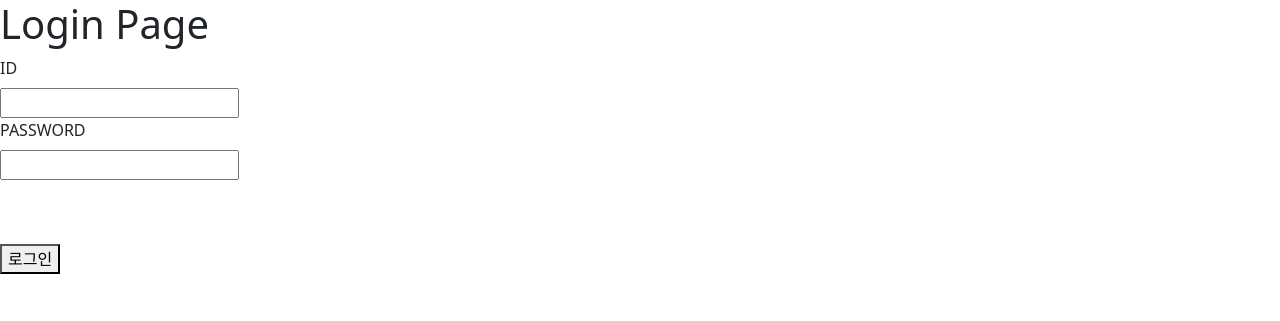
Repository: doridori890130/JSP
Page: http://localhost/jsp_project/mem/login
An editor plug-in stored every save of this project. The page is shown before and after the next save, followed by the edit.
The browser window is 1280 px wide. The pictures show the whole page.
The page is served by Tomcat 9. Other server files are loaded and not shown.

Above is the page before, as saved 2023-06-01 03:53:55.

### jsp_project4/jsp_project/src/main/webapp/member/login.jsp
<%@ page language="java" contentType="text/html; charset=UTF-8"
    pageEncoding="UTF-8"%>
<!DOCTYPE html>
<html>
<head>
<meta charset="UTF-8">
<!-- CSS only -->
<link href="https://cdn.jsdelivr.net/npm/bootstrap@5.2.2/dist/css/bootstrap.min.css" rel="stylesheet" integrity="sha384-Zenh87qX5JnK2Jl0vWa8Ck2rdkQ2Bzep5IDxbcnCeuOxjzrPF/et3URy9Bv1WTRi" crossorigin="anonymous">

<title>Insert title here</title>
</head>
<body>
	<h1>Login Page</h1>
	<form action="/mem/login_auth" method="post" >
	<div class="mb-3">
  <label for="exampleFormControlInput1" class="form-label">ID</label> <br>
		 <input type="text" name="id" > <br>
  <label for="exampleFormControlInput1" class="form-label">PASSWORD</label> <br>
		 <input type="password" name="password" > <br>
  </div>
<br> <br>
		<button type="submit" >로그인</button>
	</form>
</body>
</html>

### jsp_project4/jsp_project/src/main/java/Controller/MemberController.java
package Controller;

import java.io.IOException;
import java.util.List;

import javax.servlet.RequestDispatcher;
import javax.servlet.ServletException;
import javax.servlet.annotation.WebServlet;
import javax.servlet.http.HttpServlet;
import javax.servlet.http.HttpServletRequest;
import javax.servlet.http.HttpServletResponse;
import javax.servlet.http.HttpSession;

import org.slf4j.Logger;
import org.slf4j.LoggerFactory;

import domain.MemberVO;
import service.MemberService;
import service.MemberServiceImpl;

/**
 * Servlet implementation class MemberController
 */
@WebServlet("/mem/*")
public class MemberController extends HttpServlet {
	private static final long serialVersionUID = 1L;
	private static Logger log = LoggerFactory.getLogger(MemberController.class);
	private RequestDispatcher rdp; // 웹의 목적지 주소로 객체를 전달해주는 객체
    private String destpage;
    private int isOk;
    private MemberService msv;

    public MemberController() {
        msv = new MemberServiceImpl();
    }


	protected void service(HttpServletRequest request, HttpServletResponse response) throws ServletException, IOException {
		//characterENcoding 설정
		request.setCharacterEncoding("utf-8");
		response.setCharacterEncoding("utf-8");
		response.setContentType("text/html; charset=utf-8");

		String uri = request.getRequestURI();
		log.info(">>> uri : "+uri);
		String path = uri.substring(uri.lastIndexOf("/")+1);
		log.info(">>> path : "+path);

		switch(path) {
		case "join":
			destpage="/member/join.jsp";
			break;
		case "register":
			try {
				String id = request.getParameter("id");
				String password = request.getParameter("password");
				String email = request.getParameter("email");
				int age = Integer.parseInt(request.getParameter("age"));
				MemberVO mvo = new MemberVO(id,password,email,age);
				isOk = msv.register(mvo);
			} catch (Exception e) {
				e.printStackTrace();
			}
			break;
		case "login":
			destpage="/member/login.jsp";
			break;
		case "login_auth":
			try {
				String id = request.getParameter("id");
				String password = request.getParameter("password");
				MemberVO mvo= new MemberVO(id,password);
				MemberVO loginMvo = msv.login(mvo);
				if(loginMvo != null) {
					HttpSession ses = request.getSession();
					ses.setAttribute("ses", loginMvo);
					ses.setMaxInactiveInterval(10*60);
				}else {
					request.setAttribute("msg_login", 0);
				}
				destpage="/";
			} catch (Exception e) {
				e.printStackTrace();
			}
			break;
		case "logout":
			try {
				HttpSession ses = request.getSession();
				MemberVO mvo = (MemberVO )ses.getAttribute("ses");
				String id = mvo.getId();
				isOk = msv.lastlogin(id);
				ses.invalidate();

			} catch (Exception e) {
				e.printStackTrace();
			}
			destpage="/";
			break;
		case "modify":
			destpage="/member/modify.jsp";
			break;
		case "edit" :
			try {
				MemberVO mvo = new MemberVO(
						request.getParameter("id"),
						request.getParameter("password"),
						request.getParameter("email"),
						Integer.parseInt(request.getParameter("age")),
						request.getParameter("reg_date"),
						request.getParameter("last_login"));
				isOk=msv.modify(mvo);
				if(isOk>0) {
					request.setAttribute("mvo", mvo);
					HttpSession ses = request.getSession();
					ses.setAttribute("ses", mvo);
				}
				destpage="/";
			} catch (Exception e) {
				e.printStackTrace();
			}
			break;
		case "list" :
			try {
				List<MemberVO> list = msv.getList();
				request.setAttribute("list", list);
				destpage="/member/list.jsp";
			} catch (Exception e) {
				e.printStackTrace();
			}
			break;
		case "remove":
			try {
				HttpSession ses = request.getSession();
				MemberVO reMvo = (MemberVO)ses.getAttribute("ses");
				String delId= reMvo.getId();
				isOk = msv.remove(delId);
				ses.invalidate();
				destpage="/";
			} catch (Exception e) {
				e.printStackTrace();
			}
			break;
		}


		rdp = request.getRequestDispatcher(destpage);
		rdp.forward(request, response);
	}


	protected void doGet(HttpServletRequest request, HttpServletResponse response) throws ServletException, IOException {
		service(request,response);
	}


	protected void doPost(HttpServletRequest request, HttpServletResponse response) throws ServletException, IOException {
		service(request,response);
	}

}

### jsp_project4/jsp_project/src/main/java/service/MemberServiceImpl.java
package service;

import java.util.List;

import org.slf4j.Logger;
import org.slf4j.LoggerFactory;

import domain.MemberVO;
import repository.MemberDAO;
import repository.MemberDAOImpl;

public class MemberServiceImpl implements MemberService {
	private static Logger log = LoggerFactory.getLogger(MemberServiceImpl.class);
	private MemberDAO mdao;

	public MemberServiceImpl() {
		mdao= new MemberDAOImpl();
	}

	@Override
	public int register(MemberVO mvo) {
		log.info(">>register service");
		return mdao.register(mvo);
	}

	@Override
	public MemberVO login(MemberVO mvo) {
		log.info(">>login service");
		return mdao.login(mvo);
	}

	@Override
	public int lastlogin(String id) {
		log.info(">>lastlogin service");
		return mdao.lastlogin(id);
	}

	@Override
	public int modify(MemberVO mvo) {
		log.info(">>lastlogin service");
		return mdao.modify(mvo);
	}

	@Override
	public List<MemberVO> getList() {
		log.info(">>lastlogin service");
		return mdao.list();
	}

	@Override
	public int remove(String delId) {
		log.info(">>lastlogin service");
		return mdao.remove(delId);
	}
}

### jsp_project4/jsp_project/src/main/java/repository/MemberDAO.java
package repository;

import java.util.List;

import domain.MemberVO;

public interface MemberDAO {

	int register(MemberVO mvo);

	MemberVO login(MemberVO mvo);

	int lastlogin(String id);

	int modify(MemberVO mvo);

	List<MemberVO> list();

	int remove(String delId);

}

### jsp_project4/jsp_project/src/main/java/repository/MemberDAOImpl.java
package repository;

import java.util.List;

import org.apache.ibatis.session.SqlSession;
import org.slf4j.Logger;
import org.slf4j.LoggerFactory;

import domain.MemberVO;
import orm.DatabaseBuilder;



public class MemberDAOImpl implements MemberDAO {
	private static Logger log = LoggerFactory.getLogger(MemberDAOImpl.class);
	private SqlSession sql;
	private String NS = "MemberMapper.";

	public MemberDAOImpl() {
		new DatabaseBuilder();
		sql= DatabaseBuilder.getFactory().openSession();
	}

	@Override
	public int register(MemberVO mvo) {
		int isOk=sql.insert(NS+"register",mvo);
		if(isOk>0) {
			sql.commit();
		}
		return isOk;
	}

	@Override
	public MemberVO login(MemberVO mvo) {

		return sql.selectOne(NS+"login",mvo);
	}

	@Override
	public int lastlogin(String id) {
		int isOk=sql.update(NS+"lastlogin",id);
		if(isOk>0) {
			sql.commit();
		}
		return isOk;
	}

	@Override
	public int modify(MemberVO mvo) {
		int isOk=sql.update(NS+"modify",mvo);
		if(isOk>0) {
			sql.commit();
		}
		return isOk;
	}

	@Override
	public List<MemberVO> list() {

		return sql.selectList(NS+"list");
	}

	@Override
	public int remove(String delId) {
		int isOk=sql.delete(NS+"del",delId);
		if(isOk>0) {
			sql.commit();
		}
		return isOk;
	}
}

### jsp_project4/jsp_project/src/main/java/orm/DatabaseBuilder.java
package orm;


import java.io.IOException;
import org.apache.ibatis.io.Resources;
import org.apache.ibatis.session.SqlSessionFactory;
import org.apache.ibatis.session.SqlSessionFactoryBuilder;
import org.slf4j.Logger;
import org.slf4j.LoggerFactory;

public class DatabaseBuilder {
	private static Logger log = LoggerFactory.getLogger(DatabaseBuilder.class);
	private static SqlSessionFactory factory;
	private static final String config = "orm/MybatisConfig.xml";

	static {
		try {
			factory = new SqlSessionFactoryBuilder().build(Resources.getResourceAsReader(config));

		} catch (IOException e) {
			log.info("Mybatis 설정오류");
			e.printStackTrace();
		}
	}
	public static SqlSessionFactory getFactory() {
		return factory;
	}
}

### jsp_project4/jsp_project/src/main/java/domain/MemberVO.java
package domain;

public class MemberVO {
//	create table meminfo(
//			mno int auto_increment,
//			id varchar(100),
//			password varchar(100),
//			email varchar(100),
//			age int,
//			reg_date datetime default now(),
//			last_login datetime default null,
//			primary key(mno));
	private int mno;
	private String id;
	private String password;
	private String email;
	private int age;
	private String reg_date;
	private String last_login;

	public MemberVO() {}
	//resister (id, passwor, email, age)
	public MemberVO(String id ,String password, String email, int age) {
		this.id=id;
		this.password=password;
		this.email=email;
		this.age=age;
	}

	// login
	public MemberVO(String id, String password) {
		this.id=id;
		this.password=password;
	}

	//list(id, email, age, reg_date, last_login)
	public MemberVO(String id, String email,int age,String reg_date , String last_login) {
		this.id=id;
		this.email=email;
		this.age=age;
		this.reg_date=reg_date;
		this.last_login=last_login;
	}
	//modify (password, age, email)
	public MemberVO(String password, int age, String email) {
		this.password=password;
		this.age=age;
		this.email=email;
	}
	public MemberVO(String id, String password, String email, int age, String reg_date, String last_login) {

		this.id = id;
		this.password = password;
		this.email = email;
		this.age = age;
		this.reg_date = reg_date;
		this.last_login = last_login;
	}
	public int getMno() {
		return mno;
	}
	public void setMno(int mno) {
		this.mno = mno;
	}
	public String getId() {
		return id;
	}
	public void setId(String id) {
		this.id = id;
	}
	public String getPassword() {
		return password;
	}
	public void setPassword(String password) {
		this.password = password;
	}
	public String getEmail() {
		return email;
	}
	public void setEmail(String email) {
		this.email = email;
	}
	public int getAge() {
		return age;
	}
	public void setAge(int age) {
		this.age = age;
	}
	public String getReg_date() {
		return reg_date;
	}
	public void setReg_date(String reg_date) {
		this.reg_date = reg_date;
	}
	public String getLast_login() {
		return last_login;
	}
	public void setLast_login(String last_login) {
		this.last_login = last_login;
	}
	@Override
	public String toString() {
		return "MemberVo [mno=" + mno + ", id=" + id + ", password=" + password + ", email=" + email + ", age=" + age
				+ ", reg_date=" + reg_date + ", last_login=" + last_login + "]";
	}

}

### jsp_project4/jsp_project/src/main/java/domain/BoardVO.java
package domain;

public class BoardVO {
	private int bno;
	private String title;
	private String writer;
	private String content;
	private String reg_date;
	private int read_count;
	private String image_file;

	public BoardVO() {}

	//register(title, writer, content)
	public BoardVO(String title, String writer, String content) {
		this.title = title;
		this.writer = writer;
		this.content = content;
	}
	//list(bno, title, writer, reg_date)
	public BoardVO(int bno, String title, String writer,
			String reg_date, int read_count) {
		this.bno = bno;
		this.title = title;
		this.writer = writer;
		this.reg_date = reg_date;
		this.read_count = read_count;
	}
	//detail(all)
	public BoardVO(int bno, String title, String writer, String content, String reg_date, int read_count, String image_file) {
		this.bno = bno;
		this.title = title;
		this.writer = writer;
		this.content = content;
		this.reg_date = reg_date;
		this.read_count = read_count;
		this.image_file = image_file;
	}

	//update(bno, title, content)
	public BoardVO(int bno, String title, String content) {
		this.bno = bno;
		this.title =title;
		this.content=content;
	}

	//getter/setter
	public int getBno() {
		return bno;
	}

	public void setBno(int bno) {
		this.bno = bno;
	}

	public String getTitle() {
		return title;
	}

	public int getRead_count() {
		return read_count;
	}

	public void setRead_count(int read_count) {
		this.read_count = read_count;
	}

	public void setTitle(String title) {
		this.title = title;
	}

	public String getWriter() {
		return writer;
	}

	public void setWriter(String writer) {
		this.writer = writer;
	}

	public String getContent() {
		return content;
	}

	public void setContent(String content) {
		this.content = content;
	}

	public String getReg_date() {
		return reg_date;
	}

	public void setReg_date(String reg_date) {
		this.reg_date = reg_date;
	}


	public String getImage_file() {
		return image_file;
	}

	public void setImage_file(String image_file) {
		this.image_file = image_file;
	}

	@Override
	public String toString() {
		return "BoardVO [bno=" + bno + ", title=" + title + ", writer=" + writer + ", content=" + content
				+ ", reg_date=" + reg_date + ", read_count=" + read_count + "]";
	}




}

### jsp_project4/jsp_project/src/main/java/domain/CommentVO.java
package domain;

public class CommentVO {
	private int cno;
	private int bno;
	private String writer;
	private String content;
	private String reg_date;

	public CommentVO() {}

	//post(bno, writer, content)
	public CommentVO(int bno, String writer, String content) {
	this.bno=bno;
	this.writer=writer;
	this.content=content;
	}
	//(writer, content, cno)
	public CommentVO(String writer, String content, int cno) {
	this.writer = writer;
	this.content = content;
	this.cno = cno;
	}
	//modify(cno, content)
	public CommentVO(int cno, String content) {
		this.cno = cno;
		this.content = content;
	}
	//list(bno, cno, writer, content, reg_date)
	public CommentVO(int bno, int cno, String writer, String content,
			String reg_date) {
		this(bno, writer, content);
		this.cno=cno;
		this.reg_date=reg_date;
	}

	public int getCno() {
		return cno;
	}

	public void setCno(int cno) {
		this.cno = cno;
	}

	public int getBno() {
		return bno;
	}

	public void setBno(int bno) {
		this.bno = bno;
	}

	public String getWriter() {
		return writer;
	}

	public void setWriter(String writer) {
		this.writer = writer;
	}

	public String getContent() {
		return content;
	}

	public void setContent(String content) {
		this.content = content;
	}

	public String getReg_date() {
		return reg_date;
	}

	public void setReg_date(String reg_date) {
		this.reg_date = reg_date;
	}

	@Override
	public String toString() {
		return "CommentVO [cno=" + cno + ", bno=" + bno + ", writer=" + writer + ", content=" + content + ", reg_date="
				+ reg_date + "]";
	}
}

### jsp_project4/jsp_project/src/main/java/domain/PagingVO.java
package domain;

public class PagingVO {
	private int pageNo;
	private int qty;

	private String type;
	private String keyword;

	public PagingVO() {
		this(1,10);
	}
	public PagingVO(int pageNo, int qty) {
		this.pageNo=pageNo;
		this.qty=qty;
	}

	public int getPageStart() {
		return (this.pageNo-1)*10;
	}

	public String[] gettypeToArray() {
		return this.type == null ? new String[] {} : this.type.split("");
	}
	public int getPageNo() {
		return pageNo;
	}
	public void setPageNo(int pageNo) {
		this.pageNo = pageNo;
	}
	public int getQty() {
		return qty;
	}
	public void setQty(int qty) {
		this.qty = qty;
	}
	public String getType() {
		return type;
	}
	public void setType(String type) {
		this.type = type;
	}
	public String getKeyword() {
		return keyword;
	}
	public void setKeyword(String keyword) {
		this.keyword = keyword;
	}
	@Override
	public String toString() {
		return "PagingVO [pageNo=" + pageNo + ", qty=" + qty + ", type=" + type + ", keyword=" + keyword + "]";
	}

}

After the next save:
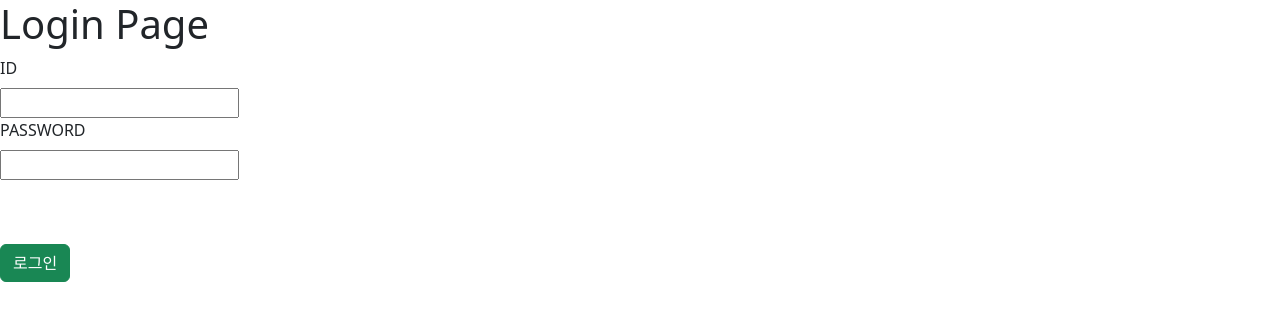
Saved 34 s later.
--- a/jsp_project4/jsp_project/src/main/webapp/member/login.jsp
+++ b/jsp_project4/jsp_project/src/main/webapp/member/login.jsp
@@ -17,9 +17,9 @@
 		 <input type="text" name="id" > <br>
   <label for="exampleFormControlInput1" class="form-label">PASSWORD</label> <br>
 		 <input type="password" name="password" > <br>
-  </div>
+  	</div>
 <br> <br>
-		<button type="submit" >로그인</button>
+		<button class="btn btn-success" type="submit" >로그인</button>
 	</form>
 </body>
 </html>
